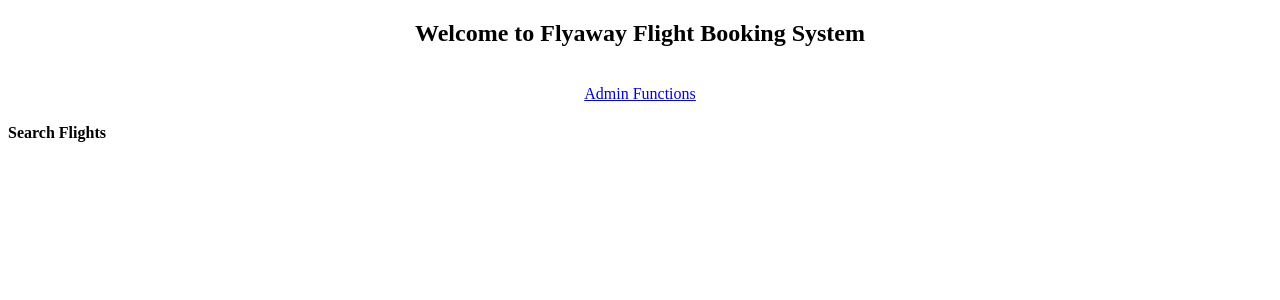
Repository: parijat-singh/Web_Backend
Page: http://localhost/pgfsd-flyaway-project/
The author's editor kept a copy of each file at every save. The page is drawn from the files as they stood at one save, then again after the next save.
The browser window is 1280 px wide. The pictures show the whole page.
The page is served by Tomcat 9.

Above is the page before, as saved 2021-06-08 10:57:28.

### pgfsd-flyaway-project/src/main/webapp/index.jsp
<%@ page language="java" contentType="text/html; charset=ISO-8859-1"
    pageEncoding="ISO-8859-1"%>
<!DOCTYPE html>
<html>
<head>
<meta charset="ISO-8859-1">
<title>Welcome to Flyaway</title>
</head>
<body>
	<div align='center'>
	<h2>Welcome to Flyaway Flight Booking System</h2>
	<br/>
	<a href='admin.html'>Admin Functions</a>
	</div>
	<div align='left'>
	<h4>Search Flights</h4>
	</div>




</body>
</html>

After the next save:
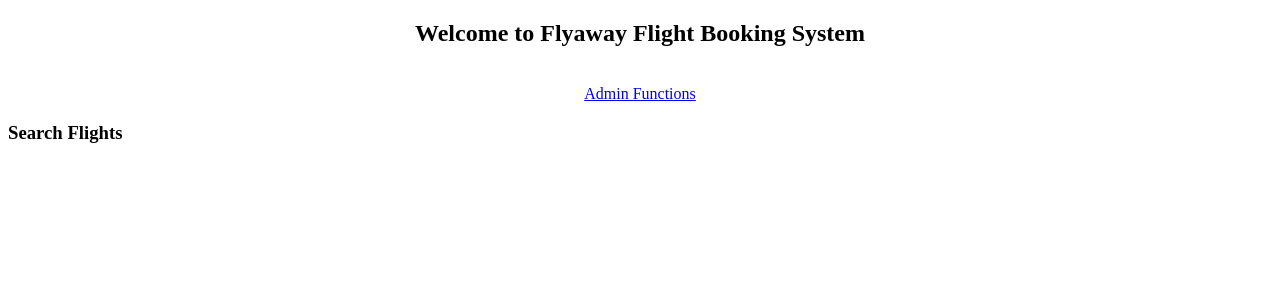
Saved 53 s later.
--- a/pgfsd-flyaway-project/src/main/webapp/index.jsp
+++ b/pgfsd-flyaway-project/src/main/webapp/index.jsp
@@ -13,7 +13,9 @@
 	<a href='admin.html'>Admin Functions</a>
 	</div>
 	<div align='left'>
-	<h4>Search Flights</h4>
+	<h3>Search Flights</h3>
+	<br/>
+
 	</div>
 
 
